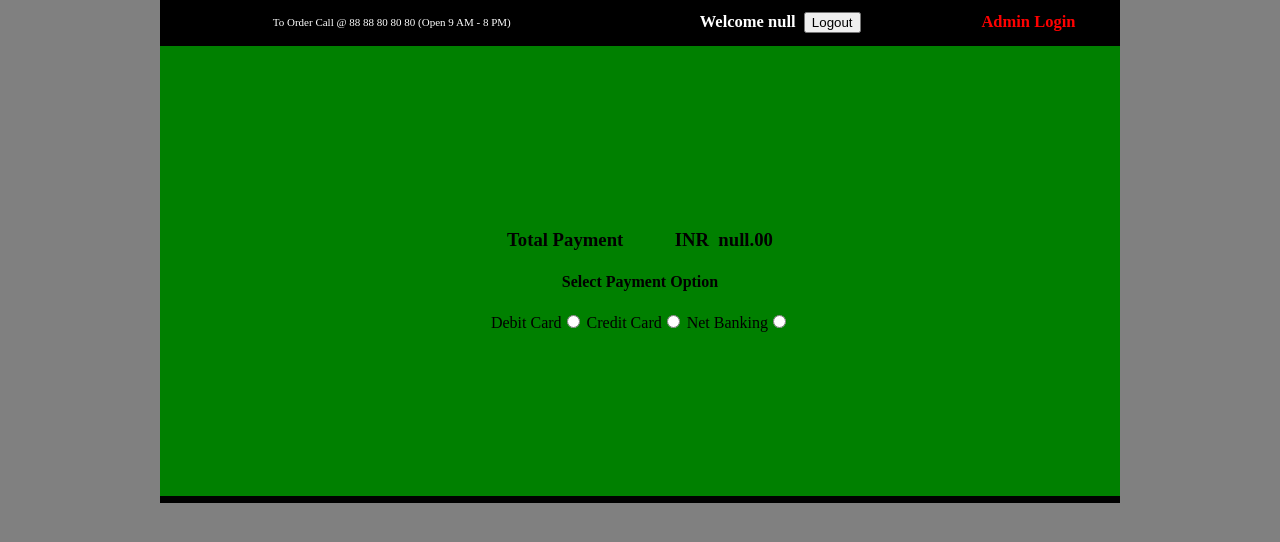
Repository: aashi12/e_mandi
Page: http://localhost/e_mandi/checkOut.jsp
The author's editor kept a copy of each file at every save. The page is drawn from the files as they stood at one save, then again after the next save.
The browser window is 1280 px wide. The pictures show the whole page.
The page is served by Tomcat 9. Other server files are loaded and not shown.

Above is the page before, as saved 2014-04-13 10:33:27.

### e_mandi/WebContent/checkOut.jsp
<%@ page language="java" contentType="text/html; charset=ISO-8859-1"
    pageEncoding="ISO-8859-1"%>
<!DOCTYPE html PUBLIC "-//W3C//DTD HTML 4.01 Transitional//EN" "http://www.w3.org/TR/html4/loose.dtd">
<html>
<head>
<meta http-equiv="Content-Type" content="text/html; charset=ISO-8859-1">
<title>Online e-Mandi</title>
<link rel="stylesheet" href="style.css" />
</head>
<body bgcolor="gray">
<div id="container">
<div id="main">
<table border="0" width="960" height="255" cellspacing="0" cellpadding="0">
<tr>
<td height="30" bgcolor="black" class="order">
<table border="0" width="960" height="30" cellspacing="0" cellpadding="0">
<tr>
<td align="center"><p>To Order Call @ 88 88 80 80 80 (Open 9 AM - 8 PM)</p></td>
<td align="center">
<!-- user login details -->
<%
String usd =(String)session.getAttribute("user");
out.print("<h2>Welcome "+usd); %>&nbsp;
<a href="Logout1"><input type="button" value="Logout"></a></h2> </td>
<td align="center"><h2 class="admin"><a href="#">Admin Login</a></h2></td>
</tr></table></td>
</tr>
<tr>
<td bgcolor="green" height="450" align="center">
<!--  payment details    -->
<% Integer tot=(Integer)session.getAttribute("amount"); %>
<h3>Total Payment &nbsp;&nbsp;&nbsp;&nbsp;&nbsp;&nbsp;&nbsp;&nbsp;&nbsp;&nbsp;INR &nbsp;<%= tot %>.00</h3>
<h4>Select Payment Option</h4>
Debit Card<input type="radio" name="pay"/>
Credit Card<input type="radio" name="pay"/>
Net Banking<input type="radio" name="pay"/>
</td>
</tr>
<tr>
<td height="7" bgcolor="black"></td>
</tr>
</table>
</div>
</div>
</body>
</html>

### e_mandi/WebContent/style.css
#container{margin-top:-10px;}
#main{margin: 0px auto;width:960px;}
.tab{color:#000;text-decoration:none;}
.tab a{color:#000;text-decoration:none;}
.tab a:hover{color:#fff;text-decoration:none;}
.tab12{color:#fff;text-decoration:none;}
.tab12 a{color:#fff;text-decoration:none;}
.tab12 a:hover{color:red;text-decoration:none;}
.bann{background-image: url(images/header.jpg);}
.order{color:#fff; font-size:11px;}
.free{padding-left:400px;}
.logo{padding-bottom:50px;}
.basket{border-radius:10px;}
.foot{color:#fff;}
.cat{color:#000;text-decoration:none;}
.cat a{color:red;text-decoration:none;}
.cat a:hover{color:green;text-decoration:none;}
.admin{color:red;text-decoration:none; }
.admin a{color:red; text-decoration:none;}
.admin a:hover{color:#fff;text-decoration:none; }
#con1{padding-left:20px;padding-right:20px;}
img{border:none;}
a{text-decoration:none;}
.log a{text-decoration:none;}
.section a{color:green;text-decoration:none;}
.section a:hover{color:red;text-decoration:none;}
.quick{color:green;text-decoration:underline;}
#login
{
	text-align:center;

}

After the next save:
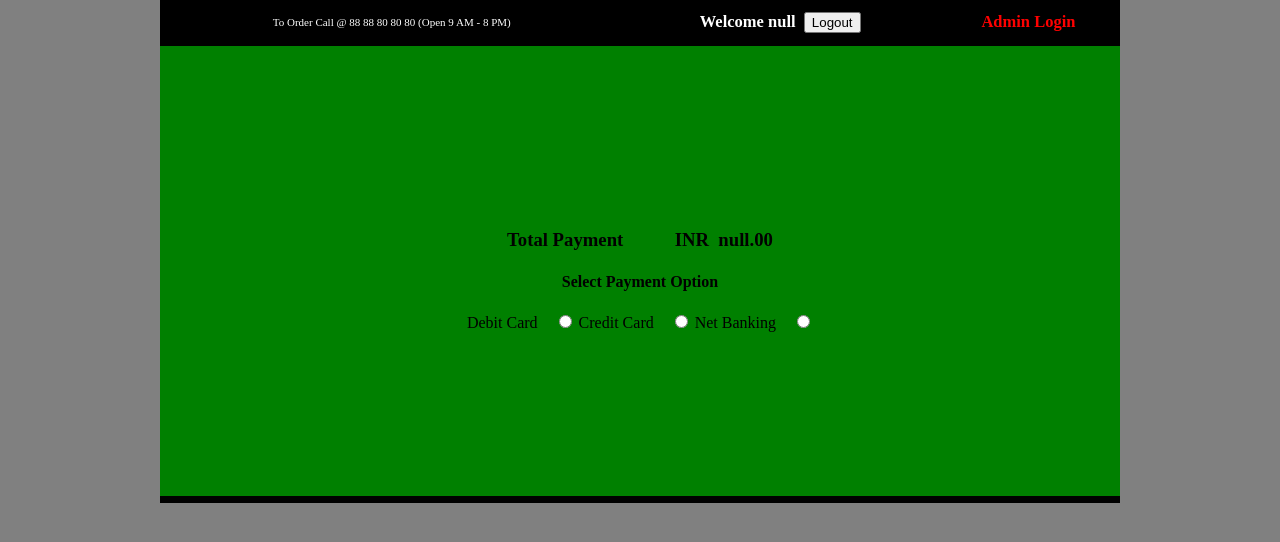
Saved 29 s later.
--- a/e_mandi/WebContent/checkOut.jsp
+++ b/e_mandi/WebContent/checkOut.jsp
@@ -31,9 +31,9 @@ out.print("<h2>Welcome "+usd); %>&nbsp;
 <% Integer tot=(Integer)session.getAttribute("amount"); %>
 <h3>Total Payment &nbsp;&nbsp;&nbsp;&nbsp;&nbsp;&nbsp;&nbsp;&nbsp;&nbsp;&nbsp;INR &nbsp;<%= tot %>.00</h3>
 <h4>Select Payment Option</h4>
-Debit Card<input type="radio" name="pay"/>
-Credit Card<input type="radio" name="pay"/>
-Net Banking<input type="radio" name="pay"/>
+Debit Card &nbsp;&nbsp;&nbsp;<input type="radio" name="pay"/>
+Credit Card &nbsp;&nbsp;&nbsp;<input type="radio" name="pay"/>
+Net Banking &nbsp;&nbsp;&nbsp;<input type="radio" name="pay"/>
 </td>
 </tr>
 <tr>
